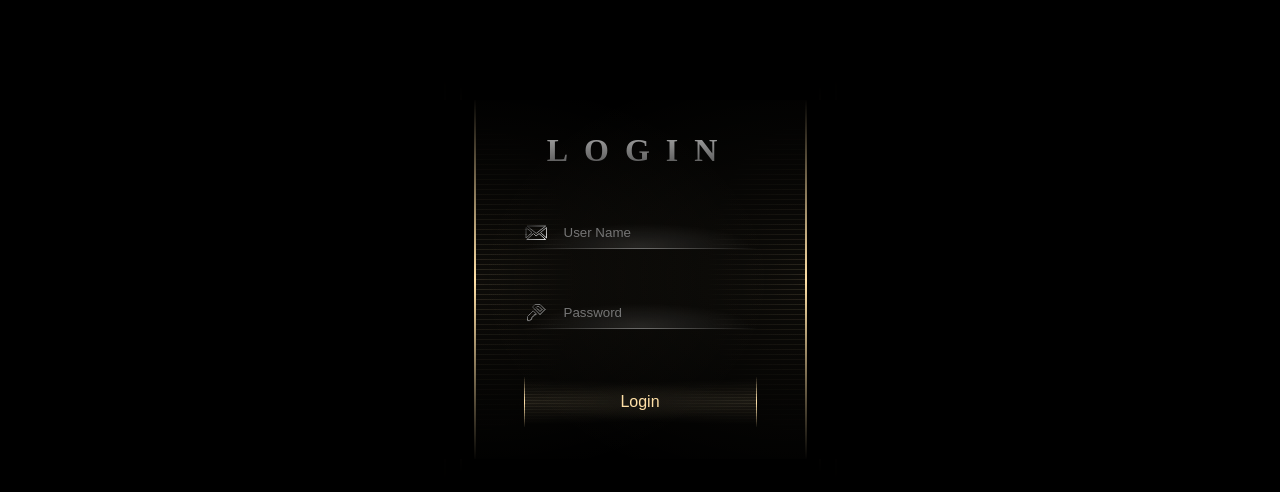
Repository: irfan-shah-sherani/Travel-Tour
Page: public/index.html
An editor plug-in stored every save of this project. The page is shown before and after the next save, followed by the edit.
The browser window is 1280 px wide. The pictures show the whole page.

Above is the page before, as saved 2025-07-11 12:58:53.

After the next save:
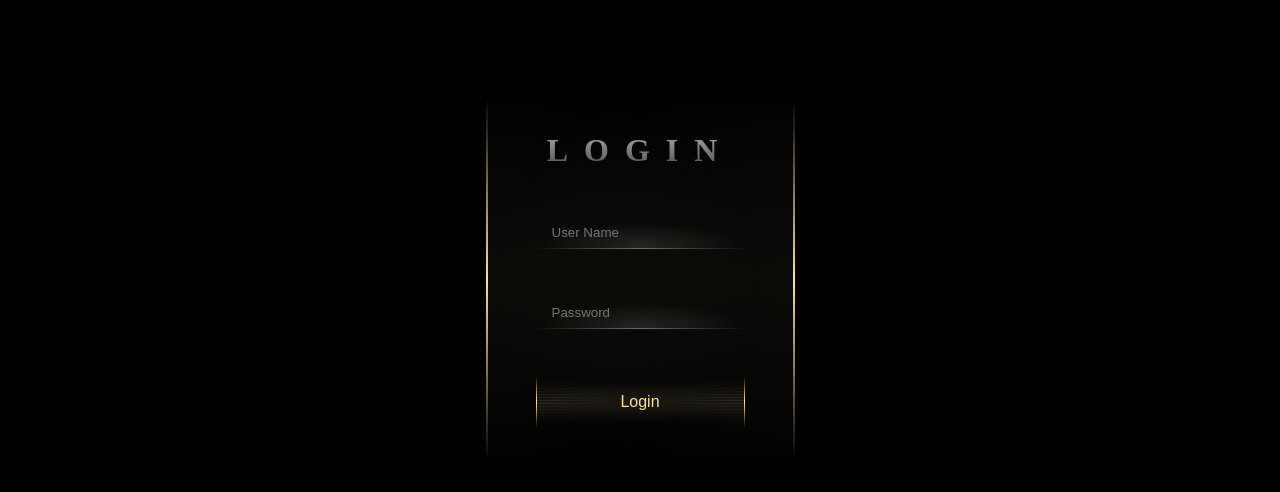
Saved 101 s later.
--- a/public/index.html
+++ b/public/index.html
@@ -1,82 +1,34 @@
 <!DOCTYPE html>
 <html lang="en">
 <head>
-    <meta charset="UTF-8">
-    <meta name="viewport" content="width=device-width, initial-scale=1.0">
-    <title>login page</title>
-    <link rel="stylesheet" href="index.css">
+  <meta charset="UTF-8" />
+  <meta name="viewport" content="width=device-width, initial-scale=1.0"/>
+  <title>Login Page</title>
+  <link rel="stylesheet" href="index.css" />
 </head>
-<body style="background-color: black; ">
+<body style="background-color: black;">
 
-    <!-- main container -->
-<div class="wrapper">
-  <form class="form">
-    <!-- inner form -->
-    <span class="title">Login</span>
+  <div class="wrapper">
+    <form class="form" method="POST" action="/login">
+      <span class="title">Login</span>
 
-    <!-- user name theme -->
-    <div class="input-container">
-      <svg
-        width="24"
-        height="24"
-        viewBox="0 0 24 24"
-        fill="none"
-        xmlns="http://www.w3.org/2000/svg"
-      >
-        <defs>
-          <linearGradient
-            id="gradient-stroke"
-            x1="0"
-            y1="0"
-            x2="24"
-            y2="24"
-            gradientUnits="userSpaceOnUse"
-          >
-            <stop offset="0%" stop-color="black"></stop>
-            <stop offset="100%" stop-color="white"></stop>
-          </linearGradient>
-        </defs>
+      <!-- Username Field -->
+      <div class="input-container">
+        <!-- Your SVG omitted for clarity -->
+        <input class="input" type="text" name="username" placeholder="User Name" required />
+      </div>
 
-        <g stroke="url(#gradient-stroke)" fill="none" stroke-width="1">
-          <path d="M21.6365 5H3L12.2275 12.3636L21.6365 5Z"></path>
-          <path d="M16.5 11.5L22.5 6.5V17L16.5 11.5Z"></path>
-          <path d="M8 11.5L2 6.5V17L8 11.5Z"></path>
-          <path
-            d="M9.5 12.5L2.81805 18.5002H21.6362L15 12.5L12 15L9.5 12.5Z"
-          ></path>
-        </g>
-      </svg>
-      <!-- user name theme -->
-       <!-- user name placeholder -->
-      <input class="input" type="text" placeholder="User Name" />
-    </div>
+      <!-- Password Field -->
+      <div class="input-container">
+        <!-- Your SVG omitted for clarity -->
+        <input class="input" type="password" name="password" placeholder="Password" required />
+      </div>
 
-    <div class="input-container">
-      <svg
-        width="24"
-        height="24"
-        viewBox="0 0 24 24"
-        fill="none"
-        xmlns="http://www.w3.org/2000/svg"
-      >
-        <g stroke="url(#gradient-stroke)" fill="none" stroke-width="1">
-          <path
-            d="M3.5 15.5503L9.20029 9.85L12.3503 13L11.6 13.7503H10.25L9.8 15.1003L8 16.0003L7.55 18.2503L5.5 19.6003H3.5V15.5503Z"
-          ></path>
-          <path d="M16 3.5H11L8.5 6L16 13.5L21 8.5L16 3.5Z"></path>
-          <path d="M16 10.5L18 8.5L15 5.5H13L12 6.5L16 10.5Z"></path>
-        </g>
-      </svg>
-      <input class="input" type="password" placeholder="Password" />
-    </div>
-
-    <div class="login-button">
-      <input class="input" type="submit" value="Login" />
-    </div>
-
-    <div class="texture"></div>
-  </form>
-</div>
+      <div class="login-button">
+        <input class="input" type="submit" value="Login" />
+      </div>
+    </form>
+  </div>
 
 </body>
 </html>

After the save that followed:
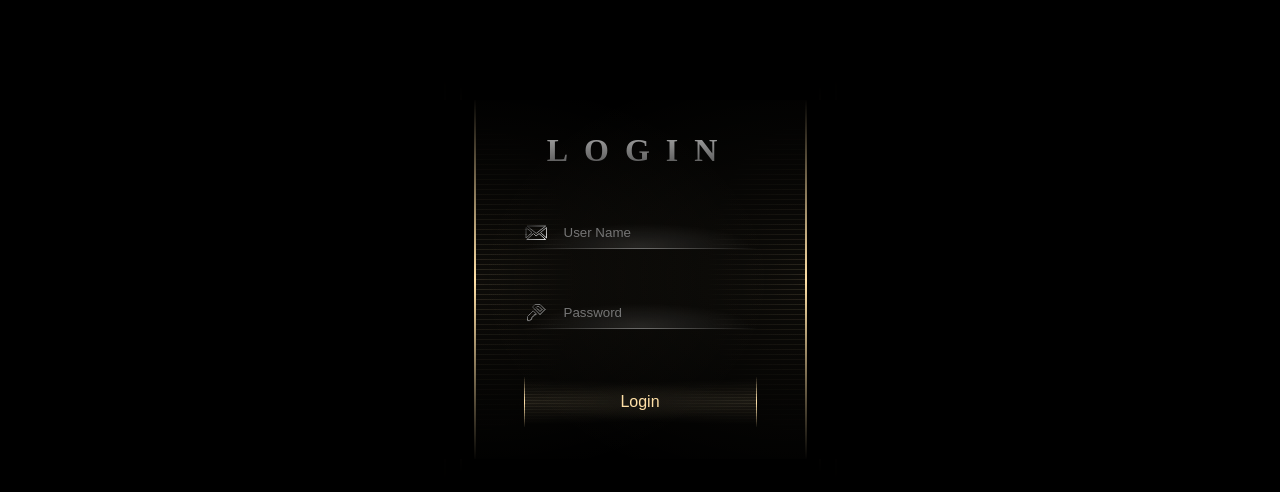
Saved 4 s later.
--- a/public/index.html
+++ b/public/index.html
@@ -1,34 +1,82 @@
 <!DOCTYPE html>
 <html lang="en">
 <head>
-  <meta charset="UTF-8" />
-  <meta name="viewport" content="width=device-width, initial-scale=1.0"/>
-  <title>Login Page</title>
-  <link rel="stylesheet" href="index.css" />
+    <meta charset="UTF-8">
+    <meta name="viewport" content="width=device-width, initial-scale=1.0">
+    <title>login page</title>
+    <link rel="stylesheet" href="index.css">
 </head>
-<body style="background-color: black;">
+<body style="background-color: black; ">
 
-  <div class="wrapper">
-    <form class="form" method="POST" action="/login">
-      <span class="title">Login</span>
+    <!-- main container -->
+<div class="wrapper">
+  <form class="form">
+    <!-- inner form -->
+    <span class="title">Login</span>
 
-      <!-- Username Field -->
-      <div class="input-container">
-        <!-- Your SVG omitted for clarity -->
-        <input class="input" type="text" name="username" placeholder="User Name" required />
-      </div>
+    <!-- user name theme -->
+    <div class="input-container">
+      <svg
+        width="24"
+        height="24"
+        viewBox="0 0 24 24"
+        fill="none"
+        xmlns="http://www.w3.org/2000/svg"
+      >
+        <defs>
+          <linearGradient
+            id="gradient-stroke"
+            x1="0"
+            y1="0"
+            x2="24"
+            y2="24"
+            gradientUnits="userSpaceOnUse"
+          >
+            <stop offset="0%" stop-color="black"></stop>
+            <stop offset="100%" stop-color="white"></stop>
+          </linearGradient>
+        </defs>
 
-      <!-- Password Field -->
-      <div class="input-container">
-        <!-- Your SVG omitted for clarity -->
-        <input class="input" type="password" name="password" placeholder="Password" required />
-      </div>
+        <g stroke="url(#gradient-stroke)" fill="none" stroke-width="1">
+          <path d="M21.6365 5H3L12.2275 12.3636L21.6365 5Z"></path>
+          <path d="M16.5 11.5L22.5 6.5V17L16.5 11.5Z"></path>
+          <path d="M8 11.5L2 6.5V17L8 11.5Z"></path>
+          <path
+            d="M9.5 12.5L2.81805 18.5002H21.6362L15 12.5L12 15L9.5 12.5Z"
+          ></path>
+        </g>
+      </svg>
+      <!-- user name theme -->
+       <!-- user name placeholder -->
+      <input class="input" type="text" placeholder="User Name" />
+    </div>
 
-      <div class="login-button">
-        <input class="input" type="submit" value="Login" />
-      </div>
-    </form>
-  </div>
+    <div class="input-container">
+      <svg
+        width="24"
+        height="24"
+        viewBox="0 0 24 24"
+        fill="none"
+        xmlns="http://www.w3.org/2000/svg"
+      >
+        <g stroke="url(#gradient-stroke)" fill="none" stroke-width="1">
+          <path
+            d="M3.5 15.5503L9.20029 9.85L12.3503 13L11.6 13.7503H10.25L9.8 15.1003L8 16.0003L7.55 18.2503L5.5 19.6003H3.5V15.5503Z"
+          ></path>
+          <path d="M16 3.5H11L8.5 6L16 13.5L21 8.5L16 3.5Z"></path>
+          <path d="M16 10.5L18 8.5L15 5.5H13L12 6.5L16 10.5Z"></path>
+        </g>
+      </svg>
+      <input class="input" type="password" placeholder="Password" />
+    </div>
+
+    <div class="login-button">
+      <input class="input" type="submit" value="Login" />
+    </div>
+
+    <div class="texture"></div>
+  </form>
+</div>
 
 </body>
 </html>
